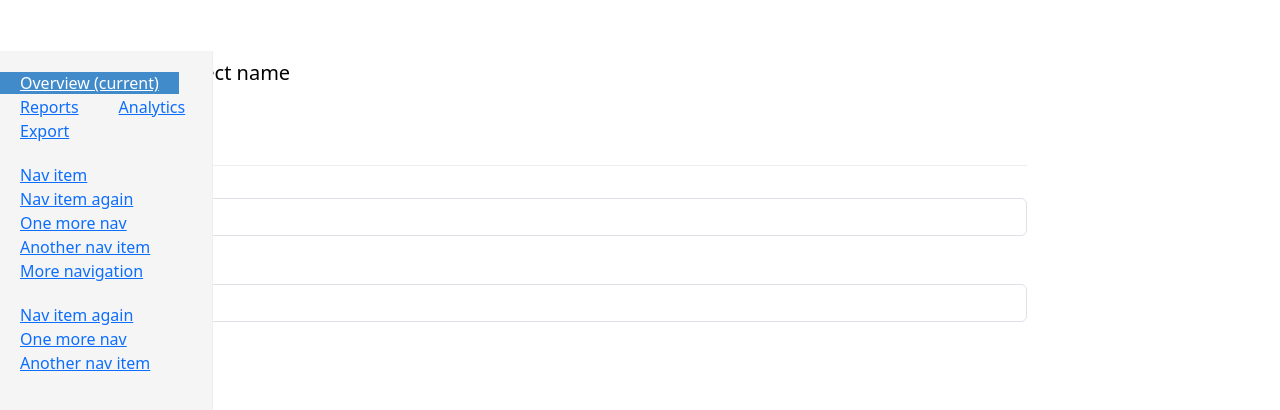
Repository: can2014ky/nodeStudy
Page: views/createUser.html
These files come from the project's save history. The page is drawn as it stood at one moment and after the next save; the edit follows.
The browser window is 1280 px wide. The pictures show the whole page.
Some web libraries are served in a nearby version.

Above is the page before, as saved 2020-07-05 22:49:41.

After the next save:
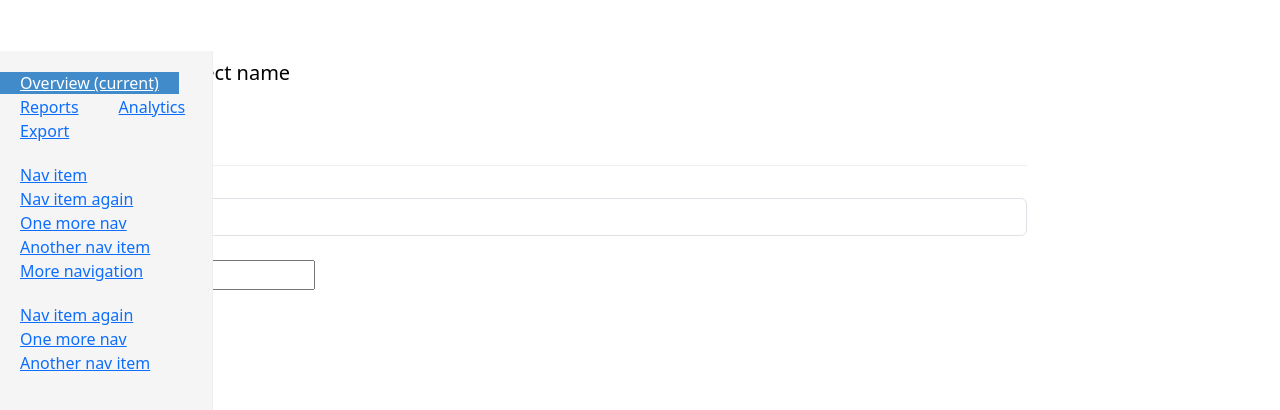
Saved 24 s later.
--- a/views/createUser.html
+++ b/views/createUser.html
@@ -86,7 +86,7 @@
             </div>
             <div class="form-group">
                 <label for="age">年龄</label>
-                <input type="number" class="form-control" name="age" id="age">
+                <input type="number" name="age" id="age">
             </div>
             <div class="checkbox">
               <label>
